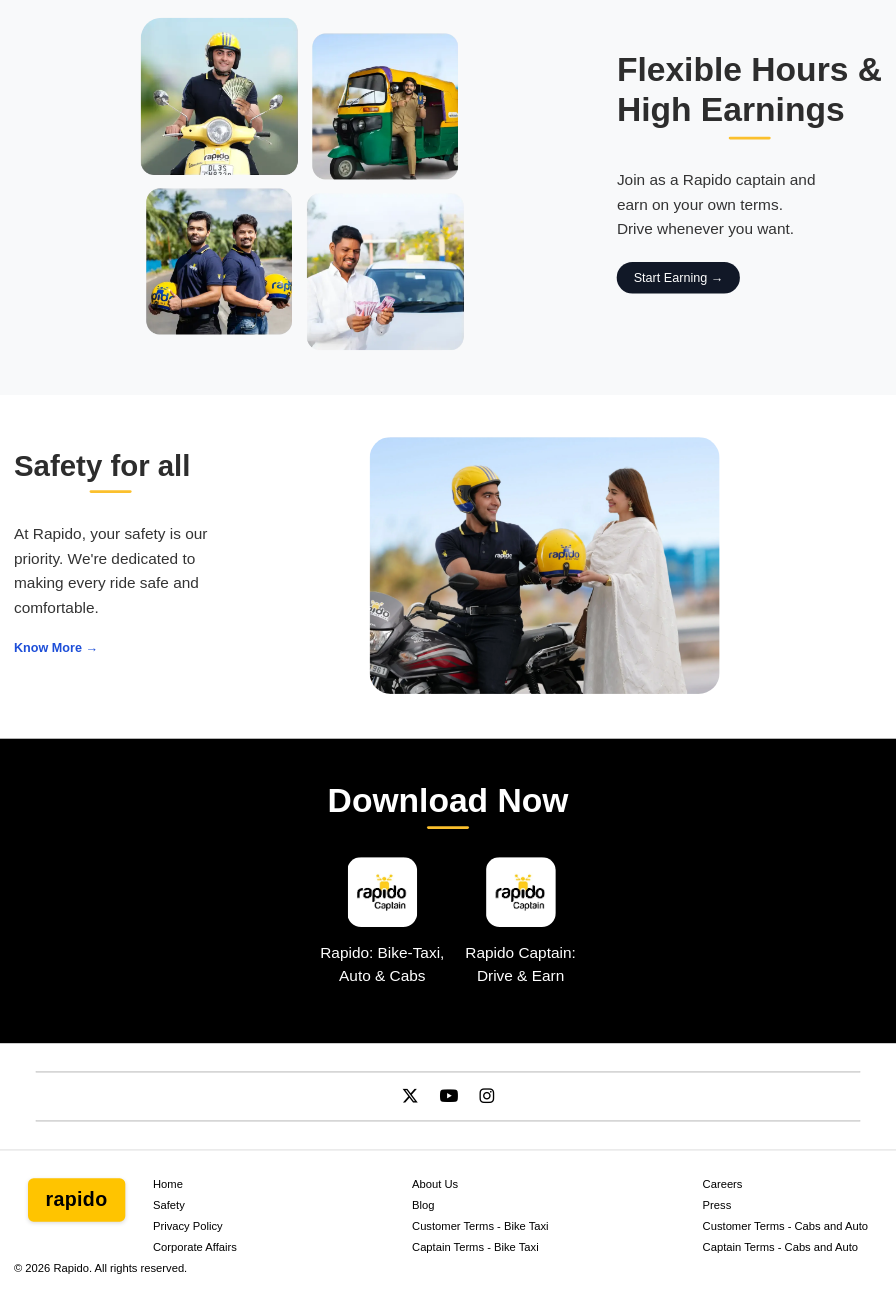
Repository: Rahul70079/Rapido-Clone---Bike-Taxi-App-UI
Page: index.html
These files come from the project's save history. The page is drawn as it stood at one moment and after the next save; the edit follows.
The browser window is 1280 px wide. The pictures show the part of the page from y = 2026 to 3946 px (the page is 3887 px tall before and 3946 px after), at 70% of full size.

Above is the page before, as saved 2026-03-09 20:57:37.

After the next save:
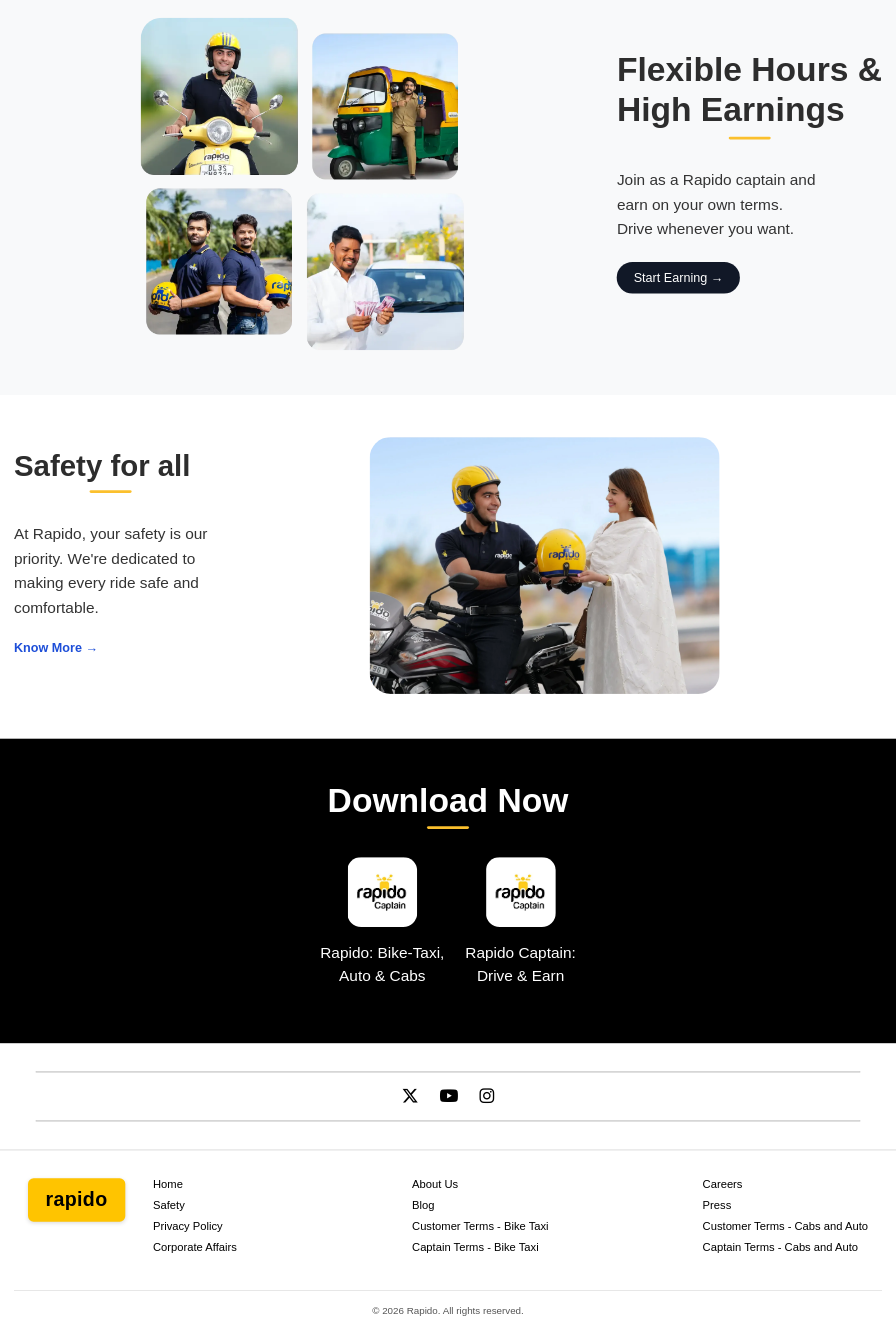
Saved 67 s later.
--- a/styles.css
+++ b/styles.css
@@ -572,6 +572,15 @@
       gap: 20px;
     }
   }
+  /* Bottom Copyright */
+.footer-bottom {
+  text-align: center;
+  border-top: 1px solid #ddd;
+  margin-top: 40px;
+  padding-top: 20px;
+  font-size: 14px;
+  color: #555;
+}
 
   @media (max-width: 480px) {
     .services-grid {
